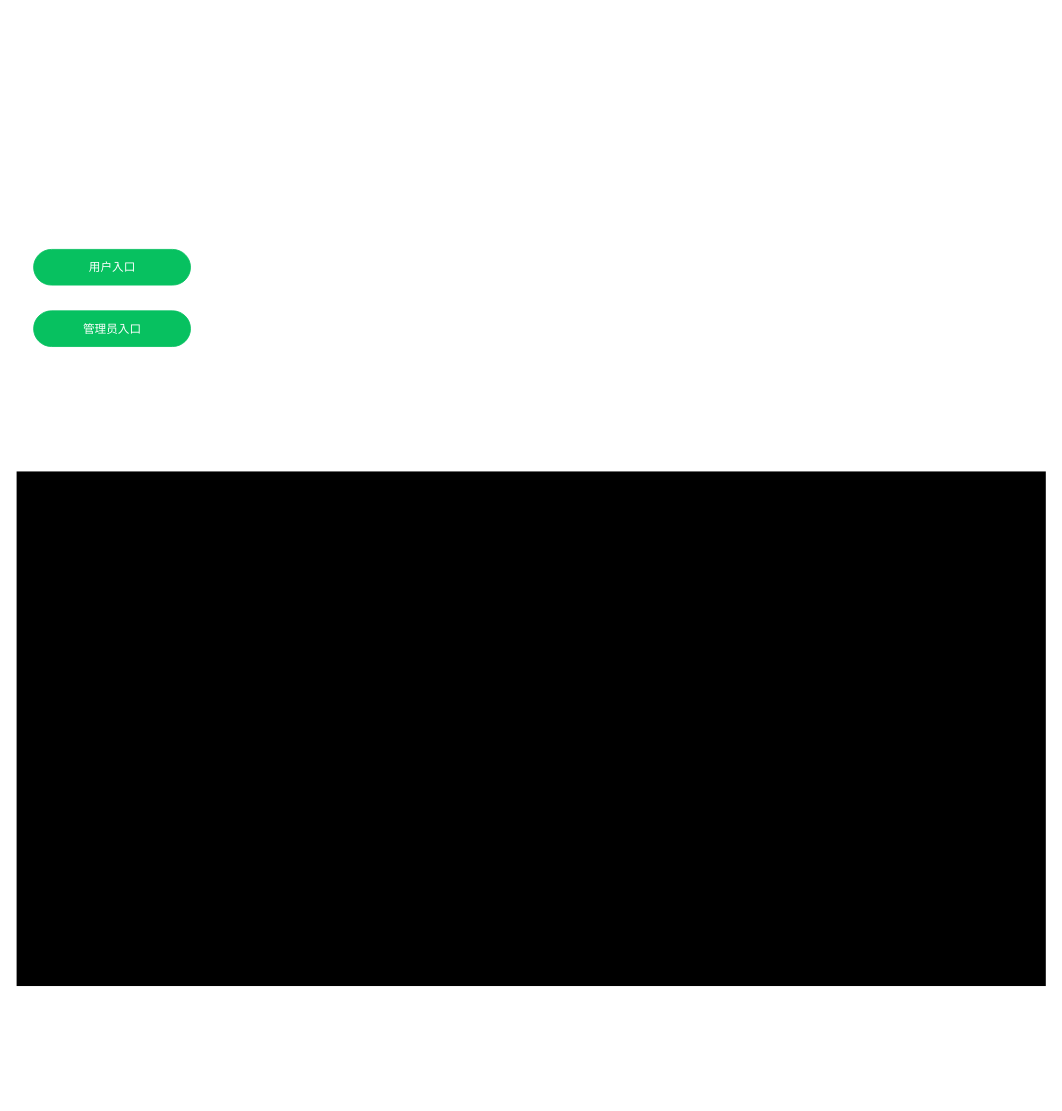
Repository: fisher002/sports
Page: /
These files come from the project's save history. The page is drawn as it stood at one moment and after the next save; the edit follows.
The browser window is 1280 px wide. The pictures show the whole page, at 83% of full size.
The project was rebuilt for these pictures with package versions that can differ from the ones it lists, and the page was loaded fresh each time. Also part of the build but not shown: src/components/public/bottom.vue, src/views/mobile-index/indexUrl.js, src/views/mobile-admin/admin-login/loginUrl.js, src/components/public/top.vue, src/views/mobile-index/mobileIndex.vue, src/utils/comUtils.js, src/views/mobile-index/index.vue, src/views/mobile-index/detailcompate.vue and 68 more.

Above is the page before, as saved 2020-05-04 12:40:59.

### index.html
<!DOCTYPE html>
<html>
  <head>
    <meta charset="utf-8">
    <meta name="viewport" content="width=device-width,initial-scale=1.0">
    <title>sports</title>
  </head>
  <body>
    <div id="app"></div>
    <!-- built files will be auto injected -->
  </body>
</html>

### src/main.js
// The Vue build version to load with the `import` command
// (runtime-only or standalone) has been set in webpack.base.conf with an alias.
import Vue from 'vue'
import App from './App'
import router from './router'
import Vant from 'vant';
import { Toast } from "vant";
import { Dialog } from 'vant';
import 'vant/lib/index.css';

Vue.use(Toast);
Vue.use(Dialog);
Vue.use(Vant);
Vue.config.productionTip = false

/* eslint-disable no-new */
new Vue({
  el: '#app',
  router,
  components: { App },
  template: '<App/>'
})

### src/App.vue
<template>
  <div id="app">
    <router-view v-if="isRouterAlive" />
  </div>
</template>

<script>
import { Toast } from "vant";
export default {
  name: 'App',
  provide() {
    //父组件中通过provide来提供变量，在子组件中通过inject来注入变量。
    return {
      reload: this.reload
    };
  },
  data() {
    return {
      isRouterAlive: true, //控制视图是否显示的变量
    };
  },
  methods: {
    reload() {
      this.isRouterAlive = false; //先关闭，
      this.$nextTick(function() {
        this.isRouterAlive = true; //再打开
      });
    }
  }
}
</script>

<style>
#app {
  font-family: 'Avenir', Helvetica, Arial, sans-serif;
  -webkit-font-smoothing: antialiased;
  -moz-osx-font-smoothing: grayscale;
  text-align: center;
  color: #2c3e50;
  /* margin-top: 60px; */
}
</style>

### src/router/index.js
import Vue from 'vue'
import Router from 'vue-router'
// import HelloWorld from '@/components/HelloWorld'
// 用户路由
import defaultIndex from '@/views/index'
import mobileIndex from '@/views/mobile-index/mobileIndex'
import index from '@/views/mobile-index/index'
import detailcompate from '@/views/mobile-index/detailcompate'
import login from '@/views/mobile-index/login'
import listmine from '@/views/mobile-mine/listmine'
import detailmine from '@/views/mobile-mine/detailmine'
import listscore from '@/views/mobile-mine/listscore'
import listmessage from '@/views/mobile-mine/listmessage'
import refereemanage from '@/views/mobile-mine/refereeManage'
import listcontestant from '@/views/mobile-mine/listcontestant'
import signupmine from '@/views/mobile-mine/signupmine'
import listitem from '@/views/mobile-item/listitem'
import detailitem from '@/views/mobile-item/detailitem'
import listcomment from '@/views/mobile-comment/listcomment'
import commentusers from '@/views/mobile-comment/commentusers'
import listtournament from '@/views/mobile-tournament/listtournament'
import alltournaments from '@/views/mobile-tournament/alltournaments'
import chatusers from '@/views/mobile-tournament/chatusers'

// 管理员路由
import adminIndex from '@/views/mobile-admin/adminIndex'
import adminlogin from '@/views/mobile-admin/admin-login/adminLogin'
// 赛前
import preindex from '@/views/mobile-admin/admin-pregame/preindex'
import releasegames from '@/views/mobile-admin/admin-pregame/releasegames'
import listgames from '@/views/mobile-admin/admin-pregame/listgames'
import editcompate from '@/views/mobile-admin/admin-pregame/editcompate'
import registermanagement from '@/views/mobile-admin/admin-pregame/registercompate/registermanagement'
import registerpeople from '@/views/mobile-admin/admin-pregame/registercompate/registerpeople'
import listcompateplay from '@/views/mobile-admin/admin-pregame/playermanage/listcompateplay'
import playermanagement from '@/views/mobile-admin/admin-pregame/playermanage/playermanagement'
import listcompatereferee from '@/views/mobile-admin/admin-pregame/refereemanage/listcompatereferee'
import refereemanagement from '@/views/mobile-admin/admin-pregame/refereemanage/refereemanagement'
import listequipment from '@/views/mobile-admin/admin-pregame/equipmentmanage/listequipment'
// 赛中
import middleindex from '@/views/mobile-admin/admin-middle/middleindex'
import listcompates from '@/views/mobile-admin/admin-middle/compatescore/listcompates'
import listcompatescore from '@/views/mobile-admin/admin-middle/compatescore/listcompatescore'
import listfinalperson from '@/views/mobile-admin/admin-middle/finalperson/listfinalperson'
import detailfinalperson from '@/views/mobile-admin/admin-middle/finalperson/detailfinalperson'
// 赛后
import afterindex from '@/views/mobile-admin/admin-after/afterindex'
import listbackmsg from '@/views/mobile-admin/admin-after/feedbackmsg/listbackmsg'
import listcompatewonderful from '@/views/mobile-admin/admin-after/compatewonderful/listcompatewonderful'
import detailwonderful from '@/views/mobile-admin/admin-after/compatewonderful/detailwonderful'
import listcompatenews from '@/views/mobile-admin/admin-after/compatenews/listcompatenews'
import detailcomnews from '@/views/mobile-admin/admin-after/compatenews/detailcomnews'
import listoutlaycompate from '@/views/mobile-admin/admin-after/compateoutlay/listoutlaycompate'
import detailoutlay from '@/views/mobile-admin/admin-after/compateoutlay/detailoutlay'
import listoutlaysum from '@/views/mobile-admin/admin-after/outlaysum/listoutlaysum'
import detailsumlist from '@/views/mobile-admin/admin-after/outlaysum/detailsumlist'

Vue.use(Router)

export default new Router({
  routes: [
    {
      path: '/',
      name: 'index',
      component: defaultIndex,
    },
    {
      path: '/user',
      name: 'mobileIndex',
      component: mobileIndex,
      redirect: '/user/index',
      children: [
        {
          path: '/user/index',
          name: 'index',
          meta: {
            label: "首页"
          },
          component: index
        },
        {
          path: '/user/detailcompate',
          name: 'detailcompate',
          meta: {
            label: "赛事详情"
          },
          component: detailcompate
        },
        {
          path: '/user/listmine',
          name: 'listmine',
          meta: {
            label: "我的"
          },
          component: listmine
        },
        {
          path: '/user/detailmine',
          name: 'detailmine',
          meta: {
            label: "我的信息"
          },
          component: detailmine
        },
        {
          path: '/user/refereemanage',
          name: 'refereemanage',
          meta: {
            label: "我的赛事管理"
          },
          component: refereemanage
        },
        {
          path: '/user/listcontestant',
          name: 'listcontestant',
          meta: {
            label: "运动员管理"
          },
          component: listcontestant
        },
        {
          path: '/user/signupmine',
          name: 'signupmine',
          meta: {
            label: "我的报名"
          },
          component: signupmine
        },
        {
          path: '/user/listscore',
          name: 'listscore',
          meta: {
            label: "我的成绩"
          },
          component: listscore
        },
        {
          path: '/user/listmessage',
          name: 'listmessage',
          meta: {
            label: "我的消息"
          },
          component: listmessage
        },
        {
          path: '/user/listitem',
          name: 'listitem',
          meta: {
            label: "项目"
          },
          component: listitem
        },
        {
          path: '/user/detailitem',
          name: 'detailitem',
          meta: {
            label: "项目列表"
          },
          component: detailitem
        },
        {
          path: '/user/listcomment',
          name: 'listcomment',
          meta: {
            label: "评论"
          },
          component: listcomment
        },
        {
          path: '/user/commentusers',
          name: 'commentusers',
          meta: {
            label: "赛事评论"
          },
          component: commentusers
        },
        {
          path: '/user/listtournament',
          name: 'listtournament',
          meta: {
            label: "赛事"
          },
          component: listtournament
        },
        {
          path: '/user/alltournaments',
          name: 'alltournaments',
          meta: {
            label: "全部赛事时间"
          },
          component: alltournaments
        },
        {
          path: '/user/chatusers',
          name: 'chatusers',
          meta: {
            label: "赛事实时信息"
          },
          component: chatusers
        },
      ]
    },
    {
      path: '/admin',
      name: 'adminIndex',
      component: adminIndex,
      redirect: '/admin/preindex',
      children: [
        {
          path: '/admin/preindex',
          name: 'preindex',
          meta: {
            label: "赛前"
          },
          component: preindex
        },
        {
          path: '/admin/releasegames',
          name: 'releasegames',
          meta: {
            label: "赛事发布"
          },
          component: releasegames
        },
        {
          path: '/admin/listgames',
          name: 'listgames',
          meta: {
            label: "赛事修改列表"
          },
          component: listgames
        },
        {
          path: '/admin/editcompate',
          name: 'editcompate',
          meta: {
            label: "赛事修改"
          },
          component: editcompate
        },
        {
          path: '/admin/registermanagement',
          name: 'registermanagement',
          meta: {
            label: "赛事报名管理"
          },
          component: registermanagement
        },
        {
          path: '/admin/registerpeople',
          name: 'registerpeople',
          meta: {
            label: "报名学生"
          },
          component: registerpeople
        },
        {
          path: '/admin/listcompateplay',
          name: 'listcompateplay',
          meta: {
            label: "运动员管理"
          },
          component: listcompateplay
        },
        {
          path: '/admin/playermanagement',
          name: 'playermanagement',
          meta: {
            label: "运动员列表"
          },
          component: playermanagement
        },
        {
          path: '/admin/listcompatereferee',
          name: 'listcompatereferee',
          meta: {
            label: "裁判管理"
          },
          component: listcompatereferee
        },
        {
          path: '/admin/refereemanagement',
          name: 'refereemanagement',
          meta: {
            label: "裁判列表"
          },
          component: refereemanagement
        },
        {
          path: '/admin/listequipment',
          name: 'listequipment',
          meta: {
            label: "设备添加"
          },
          component: listequipment
        },
        {
          path: '/admin/middleindex',
          name: 'middleindex',
          meta: {
            label: "赛中"
          },
          component: middleindex
        },
        {
          path: '/admin/listcompates',
          name: 'listcompates',
          meta: {
            label: "赛事列表"
          },
          component: listcompates
        },
        {
          path: '/admin/listcompatescore',
          name: 'listcompatescore',
          meta: {
            label: "赛事成绩"
          },
          component: listcompatescore
        },
        {
          path: '/admin/listfinalperson',
          name: 'listfinalperson',
          meta: {
            label: "赛事列表"
          },
          component: listfinalperson
        },
        {
          path: '/admin/detailfinalperson',
          name: 'detailfinalperson',
          meta: {
            label: "决赛名单添加"
          },
          component: detailfinalperson
        },
        {
          path: '/admin/afterindex',
          name: 'afterindex',
          meta: {
            label: "赛后"
          },
          component: afterindex
        },
        {
          path: '/admin/listbackmsg',
          name: 'listbackmsg',
          meta: {
            label: "反馈信息列表"
          },
          component: listbackmsg
        },
        {
          path: '/admin/listcompatewonderful',
          name: 'listcompatewonderful',
          meta: {
            label: "赛事资源"
          },
          component: listcompatewonderful
        },
        {
          path: '/admin/detailwonderful',
          name: 'detailwonderful',
          meta: {
            label: "赛事资源发布"
          },
          component: detailwonderful
        },
        {
          path: '/admin/listcompatenews',
          name: 'listcompatenews',
          meta: {
            label: "赛事新闻"
          },
          component: listcompatenews
        },
        {
          path: '/admin/detailcomnews',
          name: 'detailcomnews',
          meta: {
            label: "赛事新闻发布"
          },
          component: detailcomnews
        },
        {
          path: '/admin/listoutlaycompate',
          name: 'listoutlaycompate',
          meta: {
            label: "赛事列表"
          },
          component: listoutlaycompate
        },
        {
          path: '/admin/detailoutlay',
          name: 'detailoutlay',
          meta: {
            label: "赛事经费添加"
          },
          component: detailoutlay
        },
        {
          path: '/admin/listoutlaysum',
          name: 'listoutlaysum',
          meta: {
            label: "赛事列表"
          },
          component: listoutlaysum
        },
        {
          path: '/admin/detailsumlist',
          name: 'detailsumlist',
          meta: {
            label: "赛事统计列表"
          },
          component: detailsumlist
        },
      ]
    },
    {
      path: '/login',
      name: 'login',
      meta: {
        label: "用户登录"
      },
      component: login
    },
    {
      path: '/adminlogin',
      name: 'adminlogin',
      meta: {
        label: "管理员登录"
      },
      component: adminlogin
    },
  ]
})

### src/views/index.vue
<template>
  <div class="index">
    <div class="btn">
      <van-button to="/user" type="primary" block round>用户入口</van-button>
      <div class="hide"></div>
      <van-button to="/adminlogin" type="primary" block round>管理员入口</van-button>
    </div>
    <canvas ref="myCanvas" class="canvas"></canvas>
  </div>
</template>
<script>
export default {
  data() {
    return {
      canvas: null
    };
  },
  mounted() {},
  methods: {}
};
</script>
<style lang="scss" scoped>
.index {
  display: flex;
  flex-wrap: wrap;
  padding: 150px 20px;
  .btn {
    display: flex;
    flex-wrap: wrap;
    padding: 150px 20px;
    .hide {
      width: 100%;
      margin: 15px 0;
    }
  }
  .canvas {
    width: 100%;
    height: 100%;
    background: #000000;
  }
}
</style>

After the next save:
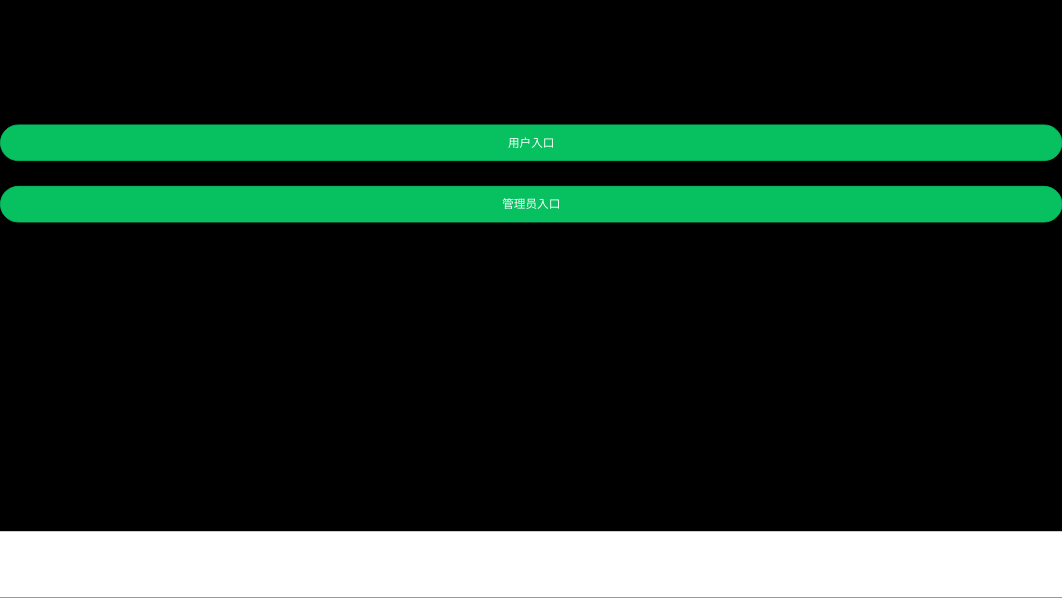
Saved 3 min 5 s later.
--- a/src/views/index.vue
+++ b/src/views/index.vue
@@ -21,13 +21,13 @@ export default {
 </script>
 <style lang="scss" scoped>
 .index {
-  display: flex;
-  flex-wrap: wrap;
-  padding: 150px 20px;
+  position: relative;
   .btn {
     display: flex;
     flex-wrap: wrap;
-    padding: 150px 20px;
+    position: fixed;
+    width: 100%;
+    padding: 150px 0px;
     .hide {
       width: 100%;
       margin: 15px 0;
